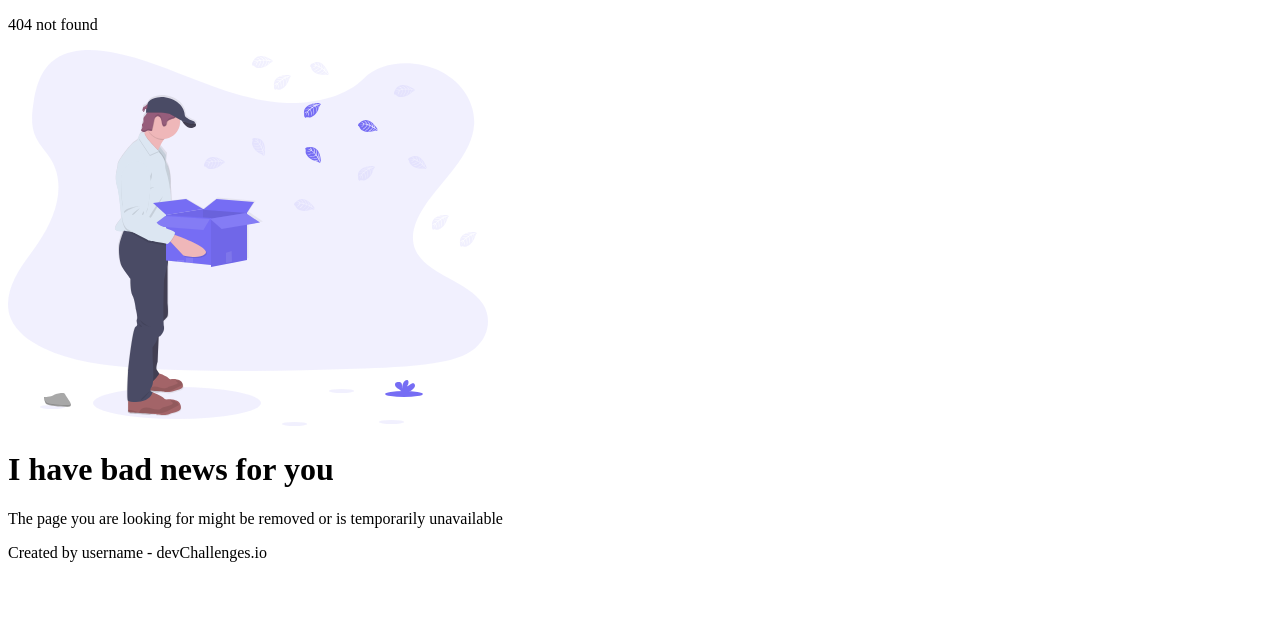
Repository: georgisenze/404-not-found-challeng
Page: index.html
The author's editor kept a copy of each file at every save. The page is drawn from the files as they stood at one save, then again after a run of saves.
The browser window is 1280 px wide. The pictures show the whole page.

Above is the page before, as saved 2023-02-14 07:13:39.

After the next 3 saves:
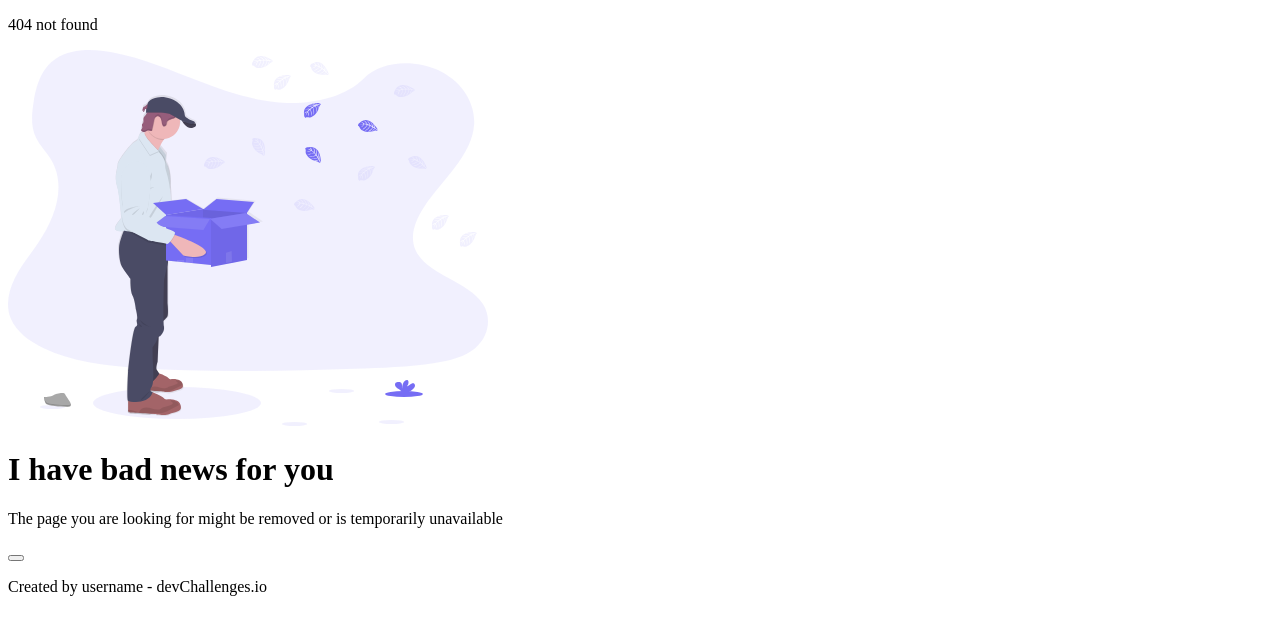
The 3 saves are shown as one change because they came seconds apart.
The last was saved 19 s later.
--- a/index.html
+++ b/index.html
@@ -24,7 +24,9 @@
                     <div class="col-2">
                         <p>The page you are looking for might be removed or is temporarily unavailable</p>
                     </div>
-                    <div class="col-2"></div>
+                    <div class="col-2">
+                        <button></button>
+                    </div>
                 </div>
             </div>
         </div>
